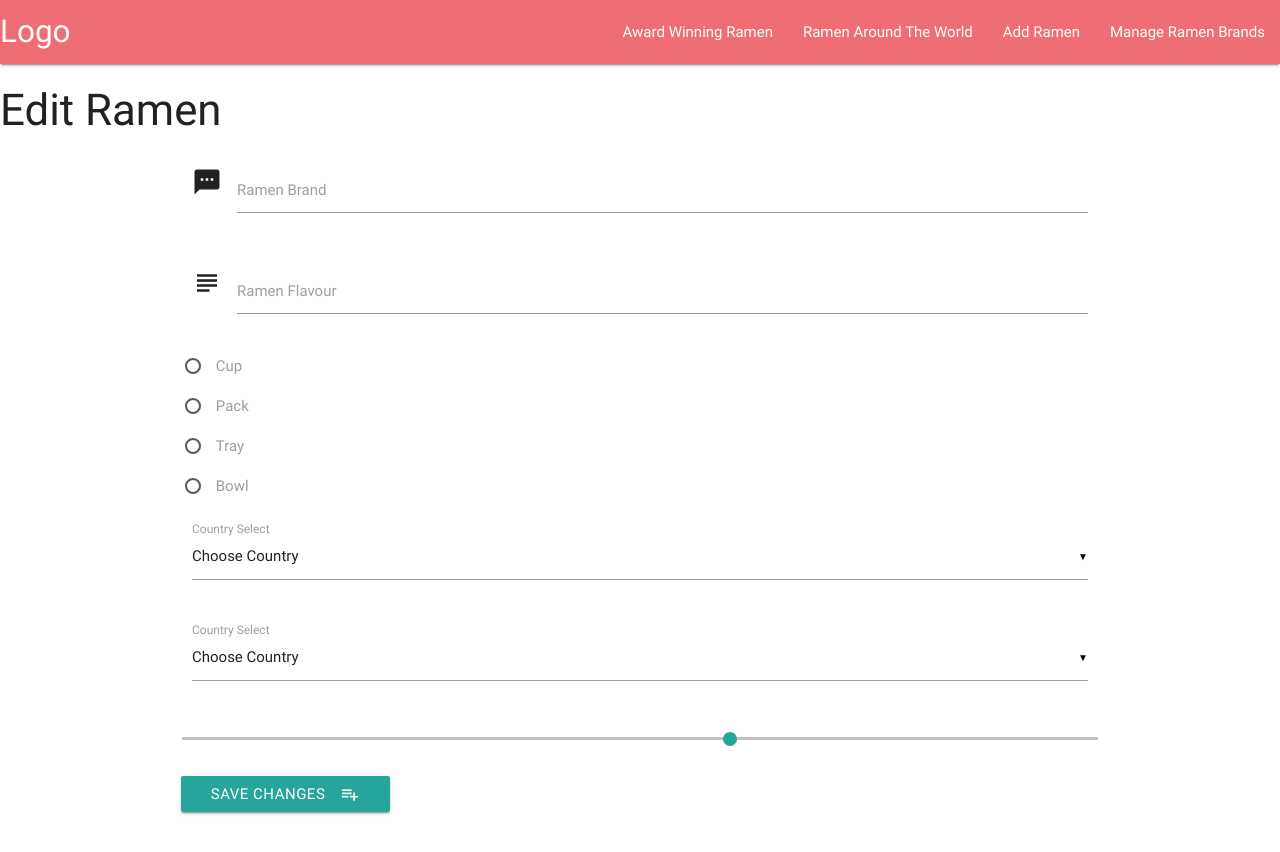
Repository: Paddlepop25/codeinstitute-insta-ramen
Page: templates/edit_ramen.html
The author's editor kept a record of every edit. The page is drawn from the files as they stood at one moment, then again after the next edit.
The browser window is 1280 px wide. The pictures show the whole page.
Some web libraries are served in a nearby version. The page is served by the project's application, run on Flask 3 (app.py). The template is opened directly, without the code that normally fills it, so the values that code supplies are empty.

Above is the page before.

### templates/edit_ramen.html
{% extends 'index.html' %} {% block content %}

<h3>Edit Ramen</h3>
<div class="container">

  <div class="row">

    <form action="{{ url_for('insert_ramen', ramen_id=ramen._id) }}" method="POST" class="col s12">

      <div class="row">
        <div class="input-field col s12">
          <i class="material-icons prefix">textsms</i>
          <input id="Brand" name="Brand" type="text" value="{{ramen.Brand}}">
          <label for="ramen_brand">Ramen Brand</label>
        </div>
      </div>

      <div class="row">
        <div class="input-field col s12">
          <i class="material-icons prefix">subject</i>
          <input id="Flavour" name="Flavour" type="text" value="{{ramen.Flavour}}">
          <label for="ramen_flavour">Ramen Flavour</label>
        </div>
      </div>

      <div class="row">
        <p>
          {% set ramen_style = request.form['Style'] %} {{ ramen_style }} {% if ramen_style == "Cup" %}
          <input class="with-gap" name="Style" type="radio" id="cup" value="Cup" checked/> {% else %}
          <input class="with-gap" name="Style" type="radio" id="cup" value="Cup" /> {% endif %}
          <label for="cup">Cup</label>
        </p>
        <p>
          {% if ramen_style == "Pack" %}
          <input class="with-gap" name="Style" type="radio" id="pack" value="Pack" checked/> {% else %}
          <input class="with-gap" name="Style" type="radio" id="pack" value="Pack" /> {% endif %}
          <label for="pack">Pack</label>
        </p>
        <p>
          {% if ramen_style == "Tray" %}
          <input class="with-gap" name="Style" type="radio" id="tray" value="Tray" checked/> {% else %}
          <input class="with-gap" name="Style" type="radio" id="tray" value="Tray" /> {% endif %}
          <label for="tray">Tray</label>
        </p>
        <p>
          {% if ramen_style == "Bowl" %}
          <input class="with-gap" name="Style" type="radio" id="bowl" value="Bowl" checked/> {% else %}
          <input class="with-gap" name="Style" type="radio" id="bowl" value="Bowl" /> {% endif %}
          <label for="bowl">Bowl</label>
        </p>
      </div>

      <div class="row">
        <div class="input-field col s12">
          <select id="Country" name="Country" required>
          <option selected disabled value>Choose Country</option>
                    {% for ramen in Country %}
                        {% if ramen_country.Country == ramen.Country %}
                            <option value="{{ ramen_country.Country }}" selected>{{ ramen_country.Country }}</option>
                        {% else %}
                            <option value="{{ ramen_country.Country }}" >{{ ramen_country.Country }}</option>
                        {% endif %}
                    {% endfor %}
        </select>
          <label>Country Select</label>
        </div>
      </div>

      <div class="row">
        <div class="input-field col s12">
          <select id="Country" name="Country" required>
          <option value="" disabled selected>Choose Country</option>
          <!---->
          {% for ramen in countries %}
              <option value="{{ ramen.Country }}" >{{ ramen.Country }}</option>
          {% endfor %}
        </select>
          <label>Country Select</label>
        </div>
      </div>


      <div class="row">
        <p class="range-field">
          <input type="range" id="Stars" name="Stars" min="0" max="5" value="{{ramen.Stars}}" />
        </p>
      </div>

      <div class="row">
        <button class="btn waves-effect waves-light" type="submit" name="action">Save Changes
        <i class="material-icons right">playlist_add</i>
      </button>
      </div>

    </form>

  </div>
</div>
{% endblock %}

### templates/index.html
<!DOCTYPE html>
<html>

<head>
  <link href="https://fonts.googleapis.com/icon?family=Material+Icons" rel="stylesheet">
  <link rel="stylesheet" href="https://cdnjs.cloudflare.com/ajax/libs/materialize/0.100.2/css/materialize.min.css">
</head>

<body>
  <header>
    <nav>
      <div class="nav-wrapper">
        <a href="{{url_for('home_page')}}" class="brand-logo">Logo</a>
        <ul id="nav-mobile" class="right hide-on-med-and-down">
          <li><a href="{{url_for('award_winning')}}">Award Winning Ramen</a></li>
          <li><a href="{{url_for('get_ramen')}}">Ramen Around The World</a></li>
          <li><a href="{{url_for('add_ramen')}}">Add Ramen</a></li>
          <li><a href="{{url_for('add_brands')}}">Manage Ramen Brands</a></li>
        </ul>
      </div>
    </nav>
  </header>
  {% block content %} {% endblock %}
  <script src="https://cdnjs.cloudflare.com/ajax/libs/jquery/3.2.1/jquery.min.js"></script>
  <script src="https://cdnjs.cloudflare.com/ajax/libs/materialize/0.100.2/js/materialize.min.js"></script>
  <!--<script type="text/javascript" src="./static/scripts/app.js"></script>-->
  <script type="text/javascript">
  $(document).ready(function(){
    $('select').material_select();
  });
  </script>
</body>

</html>

### app.py
import os
from flask import Flask, render_template, redirect, request, url_for
from flask_pymongo import PyMongo
from bson.objectid import ObjectId

app = Flask(__name__)

app.config['MONGO_DBNAME'] = 'ramen_database'
app.config["MONGO_URI"] = 'mongodb+srv://root:r00tUser@cluster0-mg1xb.mongodb.net/ramen_database?retryWrites=true&w=majority'

ramen = PyMongo(app)

@app.route('/')
@app.route('/home_page')
def home_page():
    return render_template('index.html')

@app.route('/award_winning')
def award_winning():
    return render_template('award_winning.html')

@app.route('/get_ramen')
def get_ramen():
    return render_template('ramen.html', selections=ramen.db.selections.find())

@app.route('/add_ramen')
def add_ramen():
    return render_template('add_ramen.html')

# @app.route('/insert_ramen', methods=['POST'])
# def insert_ramen():
#     new_ramen = ramen.db.selections
#     new_ramen.insert_one(request.form.to_dict())
#     return redirect(url_for('ramen'))

# @app.route('/edit_ramen/<ramen_id>')
# def edit_ramen(ramen_id):
#     the_ramen =  ramen.db.tasks.find_one({"_id": ObjectId(ramen_id)})
#     all_brands =  ramen.db.brands.find()
#     return render_template('edit_ramen.html', ramen=the_ramen,
#                           brands=all_brands)

@app.route('/add_brands')
def add_brands():
    return render_template('add_brands.html')

if __name__ == '__main__':
    app.run(host=os.environ.get('IP'),
            port=int(os.environ.get('PORT')),
            debug=True)

After the next edit:
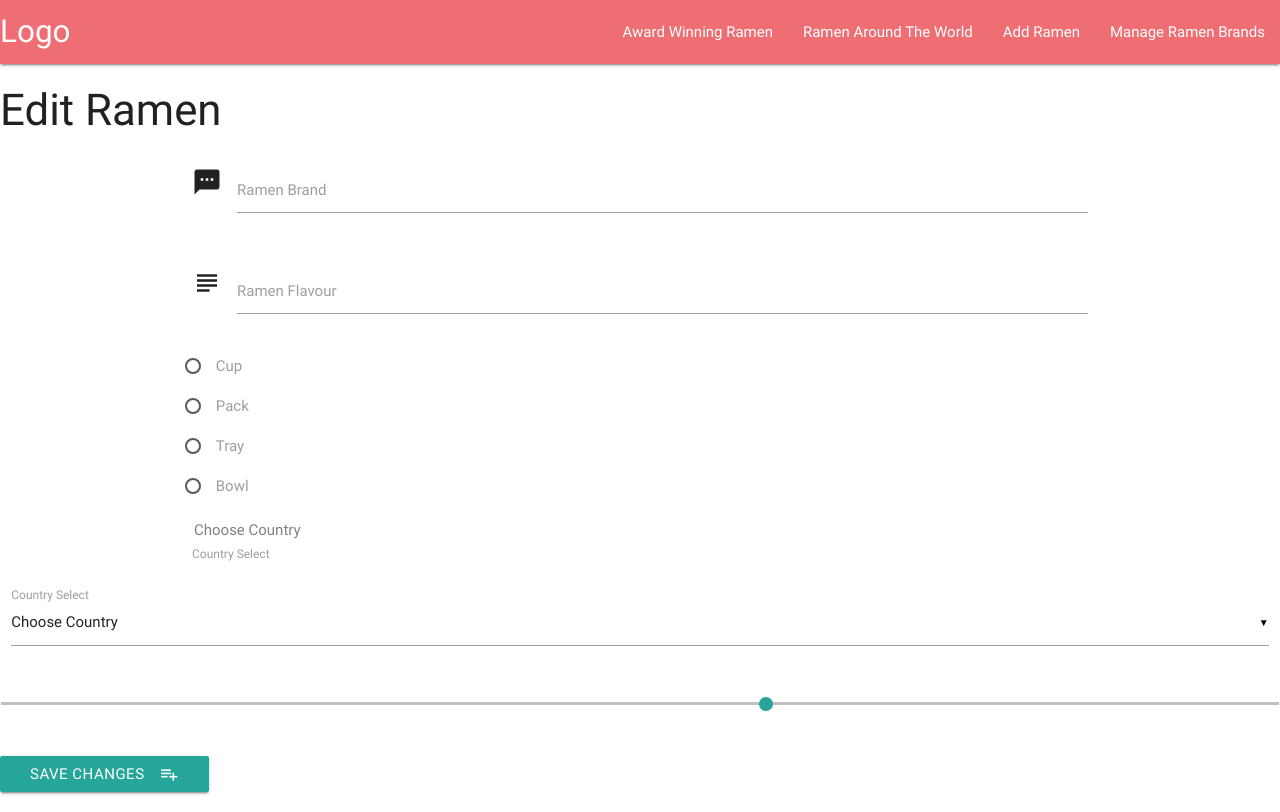
The edit:
--- a/templates/edit_ramen.html
+++ b/templates/edit_ramen.html
@@ -50,9 +50,7 @@
         </p>
       </div>
 
-      <div class="row">
-        <div class="input-field col s12">
-          <select id="Country" name="Country" required>
+
           <option selected disabled value>Choose Country</option>
                     {% for ramen in Country %}
                         {% if ramen_country.Country == ramen.Country %}
